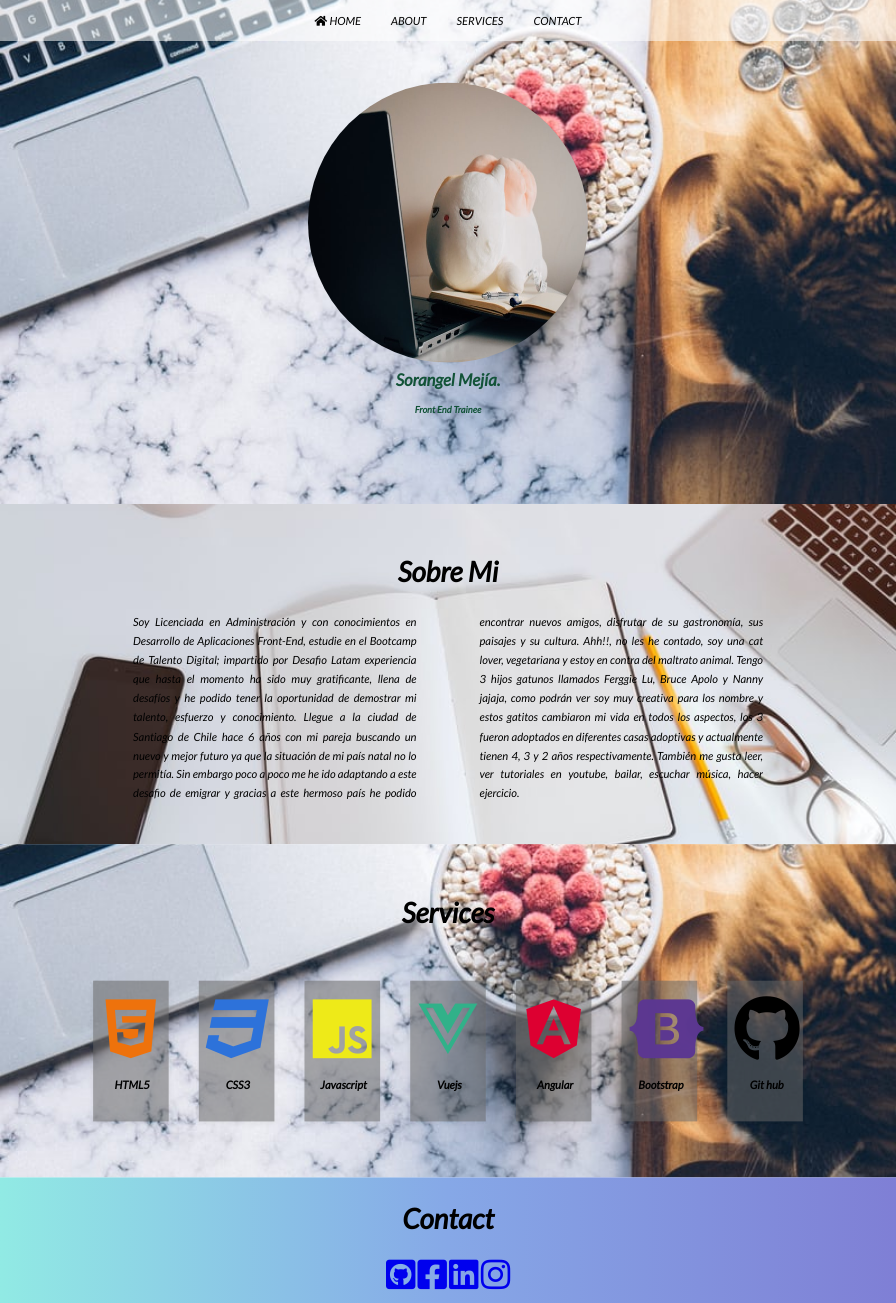
Repository: sory2311/portfolio-css
Page: index.html
These files come from the project's save history. The page is drawn as it stood at one moment and after the next save; the edit follows.
The browser window is 1280 px wide. The pictures show the whole page, at 70% of full size.
Backgrounds fixed to the window are drawn as part of the page. Some web libraries are served in a nearby version.

Above is the page before, as saved 2021-05-27 18:40:16.

After the next save:
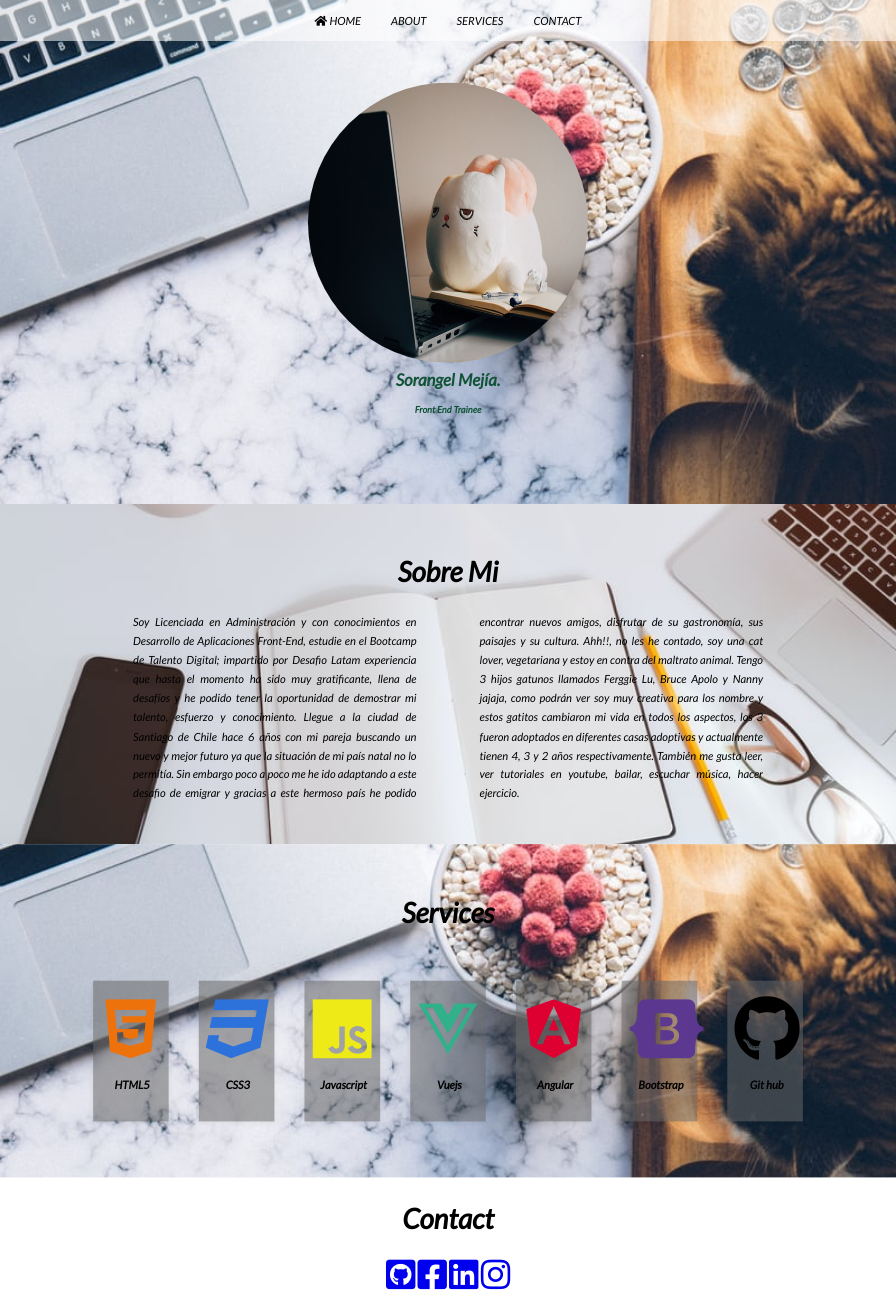
Saved 61 s later.
--- a/css/style.css
+++ b/css/style.css
@@ -195,6 +195,9 @@
     width: 100%;
     text-align: center;
     background-attachment: fixed;
+    background: #7F7FD5;  /* fallback for old browsers */
+    background: -webkit-linear-gradient(to right, #91EAE4, #86A8E7, #7F7FD5);  /* Chrome 10-25, Safari 5.1-6 */
+    background: linear-gradient(to right, #91EAE4, #86A8E7, #7F7FD5); /* W3C, IE 10+/ Edge, Firefox 16+, Chrome 26+, Opera 12+, Safari 7+ */
     /*background-image: url(../img/fondo/fondo3.jpeg);
     background-position: center center;
     background-size: cover;*/
@@ -204,9 +207,6 @@
 
     width: 100%;
     height: 25vh;
-    background: #7F7FD5;  /* fallback for old browsers */
-    background: -webkit-linear-gradient(to right, #91EAE4, #86A8E7, #7F7FD5);  /* Chrome 10-25, Safari 5.1-6 */
-    background: linear-gradient(to right, #91EAE4, #86A8E7, #7F7FD5); /* W3C, IE 10+/ Edge, Firefox 16+, Chrome 26+, Opera 12+, Safari 7+ */
     text-align: center;
     float: left;
 
